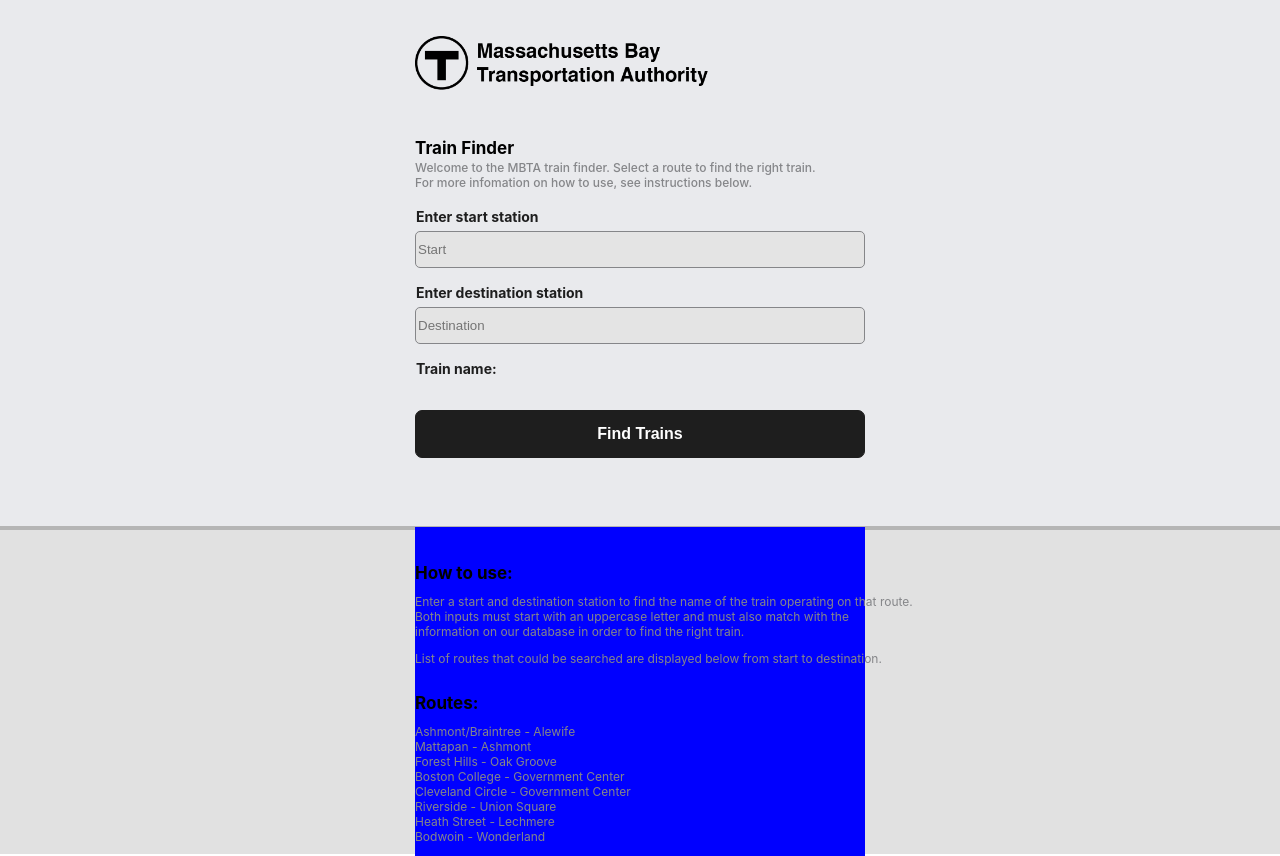
Repository: jumadesigns/mbta-train-finder
Page: / (app in mbta-app/)
An editor plug-in stored every save of this project. The page is shown before and after the next save, followed by the edit.
The browser window is 1280 px wide. The pictures show the whole page.
The page's requests for data from a server got no answer. The project was rebuilt for these pictures with package versions that can differ from the ones it lists, and the page was loaded fresh each time. No one was signed in, and anything a server would have sent is missing.

Above is the page before, as saved 2022-09-26 21:53:48.

### mbta-app/src/index.css
body {
  margin: 0;
  font-family: -apple-system, BlinkMacSystemFont, "Segoe UI", "Roboto", "Oxygen",
    "Ubuntu", "Cantarell", "Fira Sans", "Droid Sans", "Helvetica Neue",
    sans-serif;
  -webkit-font-smoothing: antialiased;
  -moz-osx-font-smoothing: grayscale;
  height: 100vh;
}

.App {
  text-align: center;
}

.App-logo {
  margin-top: 3vh;
  max-width: 65%;
  max-height: 65%;
  margin-right: 25vh;
}

.header-title {
  text-align: left;
  margin-top: 6vh;
  font-size: 17px;
}

.header-subtitle {
  color: #858689;
  font-size: 12px;
  font-weight: 500;
  text-align: left;
  margin-top: -2vh;
}

.input-div {
  display: flex;
  flex-direction: column;
  justify-content: center;
  align-items: center;
  background-color: #e9eaed;
}

.input-container {
  margin-top: 2vh;
  height: 55vh;
  width: 450px;
  margin-bottom: 16vh;
}

.mbta-input-container {
  display: flex;
  flex-direction: column;
  justify-content: space-between;
  align-items: left;
}

.label-title {
  font-size: 14px;
  color: #1e1e1e;
  text-align: left;
  padding: 1px;
  margin: 5px;
  margin-bottom: 10px;
  margin-left: 0px;
}

.find-train-button {
  height: 48px;
  background-color: #1e1e1e;
  color: white;
  border: 1.5px solid #1e1e1e;
  border-radius: 7px;
}

.button-text {
  text-align: center;
  font-size: 16px;
  margin-top: 13px;
}

.input-bar {
  background: #e4e4e4;
  border: 1.5px solid #858689;
  border-radius: 5px;
  height: 33px;
  margin-bottom: 10px;
  margin-top: -5px;
}

.train-title {
  margin-bottom: 0vh;
}

#train-name {
  font-weight: 700;
  font-size: 20px;
  color: #1e1e1e;
  margin-bottom: 0px;
}

#train-name-not-found {
  font-size: 15px;
  font-weight: 700;
  margin-top: 0vh;
  color: red;
}

#error-message {
  margin-top: 1vh;
  color: red;
  font-size: 15px;
  font-weight: 700;
}

.bottom-container {
  position: absolute;
  bottom: 40;
  width: 100%;
  background-color: #e1e1e1;
  border-top: 4px #b5b5b5 solid;
  height: 45vh;
  display: flex;
  flex-direction: column;
  justify-content: center;
  align-items: center;
}

.bottom-center-div {
  height: 400px;
  width: 450px;
  margin-top: 0vh;
  background-color: blue;
}

.bottom-section-title-1 {
  position: absolute;
  font-weight: 700;
  font-size: 17px;
  margin-top: 5vh;
  margin-right: 25vw;
}

.bottom-section-title-2 {
  position: absolute;
  font-weight: 700;
  font-size: 17px;
  margin-top: 2vh;
  margin-right: 25vw;
}

.bottom-section-paragraph-1 {
  font-size: 12px;
  text-align: left;
  color: #858689;
  margin-top: 9.3vh;
  width: 500px;
}

.bottom-section-paragraph-2 {
  font-size: 12px;
  text-align: left;
  color: #858689;
  margin-top: 8vh;
  width: 500px;
}

### mbta-app/src/App.js
import logo from "./logo.png";
import "./index.css";
import Input from "./Input";

/*

  My name is Victor Nite. Thank you for allowing me the opportunity to build this app.
  Although i was required to just complete the steps on the instruction, I went ahead to implement
  some additional functionalities to enhance the the user experience of the app. Here is what i added.

  1. ** Validation Checks **
  Since the name of the stops returned from the API are case sensitive and a user might not know that, I
  implemented validation check to inform the user that the first letter of each word must be case sensitive.
  I also implemented another validation to the check if the stations are not entered correctly.

  2. ** List the stations **
  I also thought a first time user might not know what to search for or how to combine
  the right stations to find a train. So i displayed a list of the stations to aide first time users.

  3. ** Interactive UI **
  I implemented an interactive UI with the official MBTA logo and their style guidelines. I also displayed
  instructions on how to use the app on the UI


  ** ISSUES I HAD **
  I was able to attempt all the steps however, i couldn't make progess with Step 2 simply because all the objects
  with the MBTA trains all returned 2 stops so there was nothing to compare them with.


  I added some comment alongside some of the code for better understanding on my thought process.

*/

function App() {
  return (
    <div className="App">
      <div className="input-div">
        <div className="input-container">
          <header className="App-header">
            <img src={logo} className="App-logo" alt="logo" />
            <h3 className="header-title">Train Finder</h3>
            <p className="header-subtitle">
              Welcome to the MBTA train finder. Select a route to find the right train. <br></br>
              For more infomation on how to use, see instructions below.
            </p>
          </header>

          <Input />
        </div>
      </div>
      <div className="bottom-container">
        <div className="bottom-center-div">
          <h3 className="bottom-section-title-1">How to use:</h3>

          <p className="bottom-section-paragraph-1">
            Enter a start and destination station to find the name of the train
            operating on that route. Both inputs must start with an uppercase
            letter and must also match with the information on our database in
            order to find the right train.
            <p>
              List of routes that could be searched are displayed below from
              start to destination.
            </p>
          </p>

          <h3 className="bottom-section-title-2">Routes:</h3>

          <p className="bottom-section-paragraph-2">
            Ashmont/Braintree - Alewife <br></br>
            Mattapan - Ashmont <br></br>
            Forest Hills - Oak Groove <br></br>
            Boston College - Government Center <br></br>
            Cleveland Circle - Government Center <br></br>
            Riverside - Union Square <br></br>
            Heath Street - Lechmere <br></br>
            Bodwoin - Wonderland <br></br>
          </p>
        </div>
      </div>
    </div>
  );
}

export default App;

### mbta-app/src/Input.js
import "./index.css";
import Axios from "axios";
import React from "react";
import { useEffect, useState } from "react";

/*

  My name is Victor Nite. Thank you for allowing me the opportunity to build this app.
  Although i was required to just complete the steps on the instruction, I went ahead to implement
  some additional functionalities to enhance the the user experience of the app. Here is what i added.

  1. ** Validation Checks **
  Since the name of the stops returned from the API are case sensitive and a user might not know that, I
  implemented validation check to inform the user that the first letter of each word must be case sensitive.
  I also implemented another validation to the check if the stations are not entered correctly.

  2. ** List the stations **
  I also thought a first time user might not know what to search for or how to combine
  the right stations to find a train. So i displayed a list of the stations to aide first time users.

  3. ** Interactive UI **
  I implemented an interactive UI with the official MBTA logo and their style guidelines. I also displayed
  instructions on how to use the app on the UI


  ** ISSUES I HAD **
  I was able to attempt all the steps however, i couldn't make progess with Step 2 simply because all the objects
  with the MBTA trains all returned 2 stops so there was nothing to compare them with.


  I added some comment alongside some of the code for better understanding on my thought process.

*/

function Input() {
  const [responseData, setResponseData] = useState([]);
  const [start, setStart] = useState("");
  const [destination, setDestination] = useState("");
  const [foundTrains, setFoundTrains] = useState("");
  const [errorText, setErrorText] = useState("");
  const [notFound, setNotFound] = useState("");

  //Makes the API call for Step 1 whenever the page loads.
  useEffect(() => {
    getData();
  }, []);

  //Checks on when there is no input.
  useEffect(() => {
    if (start === "" && destination === "") {
      setNotFound("");
      setErrorText("");
      setFoundTrains("");
    }
  }, [start, destination]);

  //Checks for inputs with the wrong answer.
  useEffect(() => {
    if (notFound !== "") {
      setFoundTrains("");
    }
  }, [notFound]);

  const handleStartChange = (event) => {
    const word = event.target.value;

    //Checks for validation to make sure first letter is uppercase. (New Feature)
    if (word.charAt(0) === word.charAt(0).toLowerCase()) {
      setErrorText(
        "*First letter must be Uppercase! Please delete and type again"
      );
    } else if (word.charAt(0) === word.charAt(0).toUpperCase()) {
      setErrorText("");
    }
    setStart(word);
  };

  const handleDestinationChange = (event) => {
    const word = event.target.value;

    //Checks for validation to make sure first letter is uppercase. (New Feature)
    if (word.charAt(0) === word.charAt(0).toLowerCase()) {
      setErrorText("First letter must be Uppercase");
    } else if (word.charAt(0) === word.charAt(0).toUpperCase()) {
      setErrorText("");
    }
    setDestination(word);
  };

  const FindTrains = () => {
    const findTrains = responseData.filter((train) => {
      return (
        train.attributes.direction_destinations.includes(start) &&
        train.attributes.direction_destinations.includes(destination)
      );
    });

    //Checks for when the search returns no data, updates the state to display a message.
    if (findTrains.length > 0) {
      const found = findTrains
        .map((train) => train.attributes.long_name)
        .join("line, ");
      setFoundTrains(found);
    } else {
      setNotFound(
        "*No train was found! Please clear all inputs and search again."
      );
    }
  };

  const getData = () => {
    /*
        Fetch the API. Using the second API link because it returns a more
        filtered list unlike the first one.
    */
    Axios.get("https://api-v3.mbta.com/routes?filter[type]=0,1").then(
      (response) => {
        //Put response in a variable
        const res = response.data;
        //console.log(res.data);

        //Map through the res variable to log to the name of trains to the console as required for Step 1.
        res.data.map((val) => console.log(val.attributes.long_name));

        //Set response to the state
        setResponseData(res.data);
      }
    );
  };

  return (
    <div className="">
      <div className="mbta-input-container">
        <h4 className="label-title">Enter start station</h4>
        <input
          className="input-bar"
          type="text"
          value={start}
          placeholder="Start"
          onChange={(e) => handleStartChange(e)}
        />
        <h4 className="label-title">Enter destination station</h4>
        <input
          className="input-bar"
          type="text"
          value={destination}
          placeholder="Destination"
          onChange={(e) => handleDestinationChange(e)}
        />
        <h4 className="label-title train-title">Train name:</h4>
        <h2 id="train-name">{foundTrains}</h2>
        <p id="train-name-not-found">{notFound}</p>

        <button onClick={FindTrains} className="find-train-button">
          <h3 className="button-text">Find Trains</h3>
        </button>

        <span id="error-message">{errorText}</span>
      </div>
    </div>
  );
}

export default Input;

Loaded but not shown: mbta-app/public/index.html (common file); mbta-app/src/index.js (common file)

After the next save:
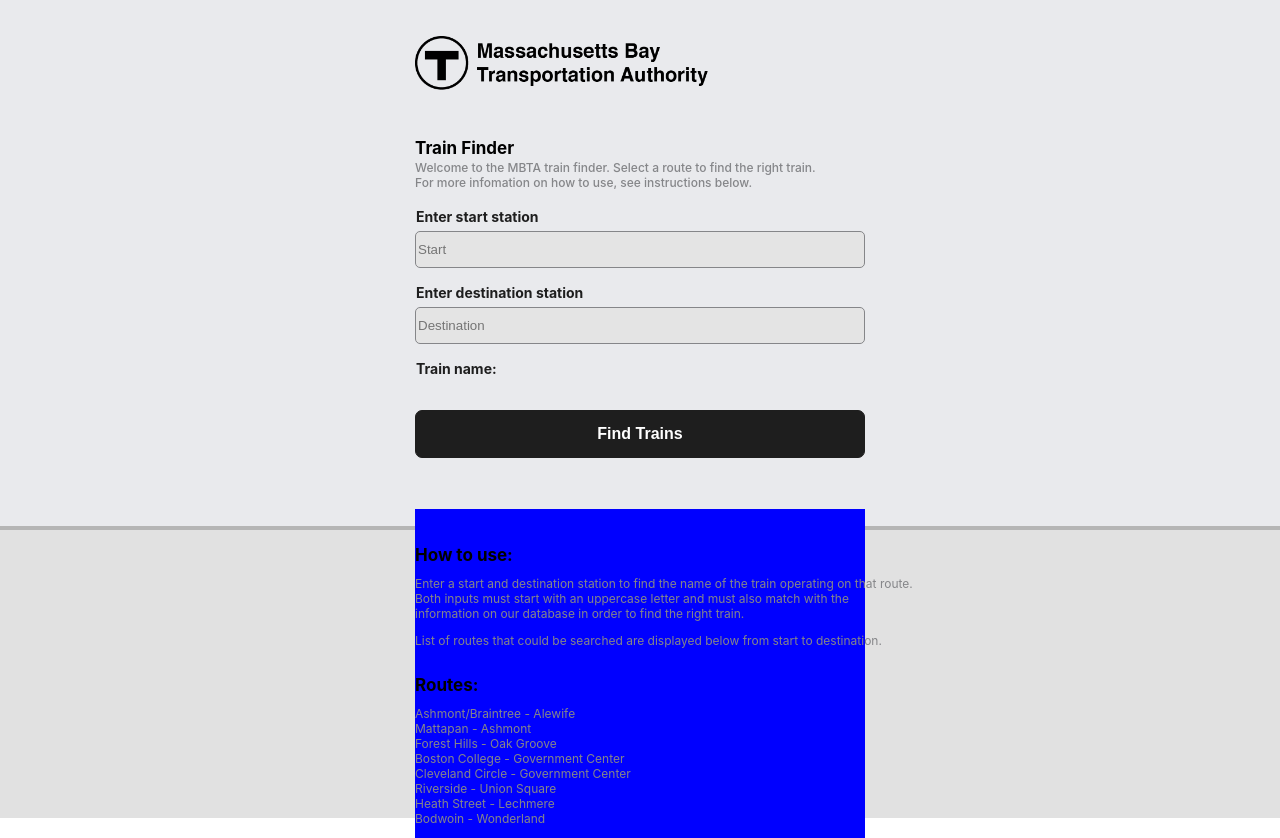
Saved 22 s later.
--- a/mbta-app/src/index.css
+++ b/mbta-app/src/index.css
@@ -119,7 +119,7 @@
   width: 100%;
   background-color: #e1e1e1;
   border-top: 4px #b5b5b5 solid;
-  height: 45vh;
+  height: 40vh;
   display: flex;
   flex-direction: column;
   justify-content: center;
